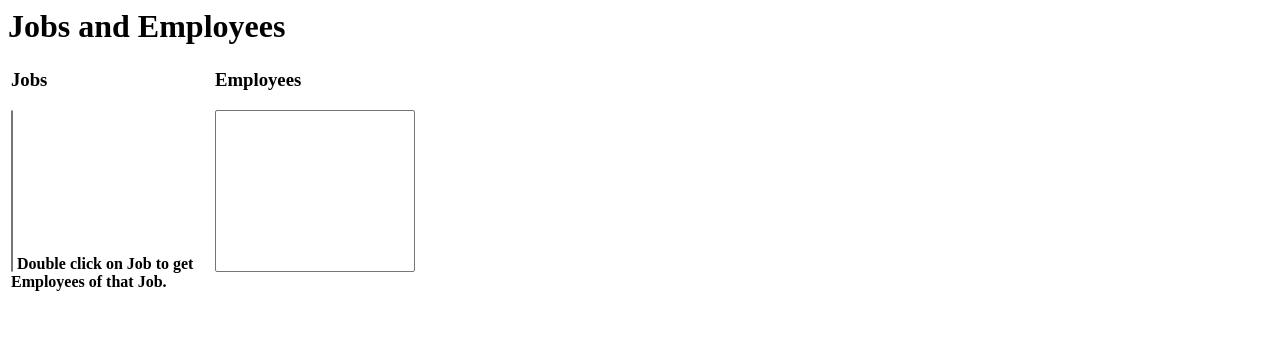
Repository: rejatavi/IntialCommit
Page: Web/WebContent/Jquery/jobs.html
The author's editor kept a copy of each file at every save. The page is drawn from the files as they stood at one save, then again after the next save.
The browser window is 1280 px wide. The pictures show the whole page.

Above is the page before, as saved 2018-05-30 14:32:38.

### Web/WebContent/Jquery/jobs.html
<html>
<body>
	<h1>Jobs and Employees</h1>
	<table>
		<tr>
			<td valign="top" width="200px">
				<h3>Jobs</h3> <select id="jobs" size="10"
				ondblclick="getEmployees()"></select>
			<b>Double click on Job to get Employees of that Job.</b>
			</td>
			<td valign="top" width="200px">
				<h3>Employees</h3> <select id="employees" size="10"
				style="width: 200px"></select>
			</td>
		</tr>
	</table>
</body>
<head>
<title>Jobs and Employees</title>
<script src="jquery-3.3.1.min.js"></script>
<script>
	// this is done when page is loaded  (document ready)
	$(function() {
		$.getJSON("jobs.jsp", {}, displayJobs);
	});
	function displayJobs(data) {
		$.each(data, function(index, job) {
			// add items to List box
			$("#jobs")
					.append(
							"<option value='" + job.id + "'>" + job.title
									+ "</option>");
		});
	}
	function getEmployees() {
		$("#employees").contents().remove(); // clear options
		$.getJSON("employees.jsp",
				  {jobid : $("#jobs").val()},
				  displayEmployees);
	}
	function displayEmployees(data) {
		$.each(data, function(index, fullname) {
			// add items to List box
			$("#employees").append("<option>" + fullname + "</option>");
		} // end of function
		); // each
	}
</script>
</head>
</html>

Loaded but not shown: Web/WebContent/Jquery/jquery-3.3.1.min.js (library)

After the next save:
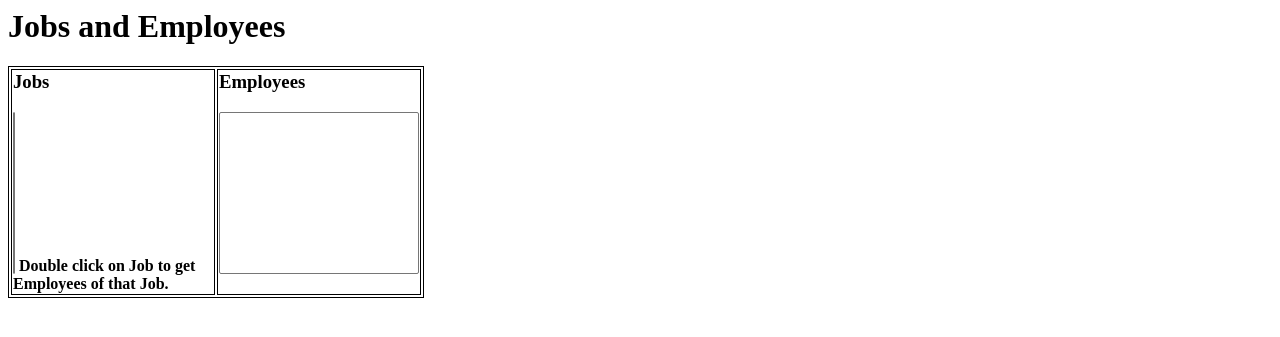
Saved 30 s later.
--- a/Web/WebContent/Jquery/jobs.html
+++ b/Web/WebContent/Jquery/jobs.html
@@ -16,6 +16,14 @@
 	</table>
 </body>
 <head>
+<style>
+
+table,th,td{
+
+border: 1px solid black;
+
+}
+</style>
 <title>Jobs and Employees</title>
 <script src="jquery-3.3.1.min.js"></script>
 <script>

After the 3 saves that followed:
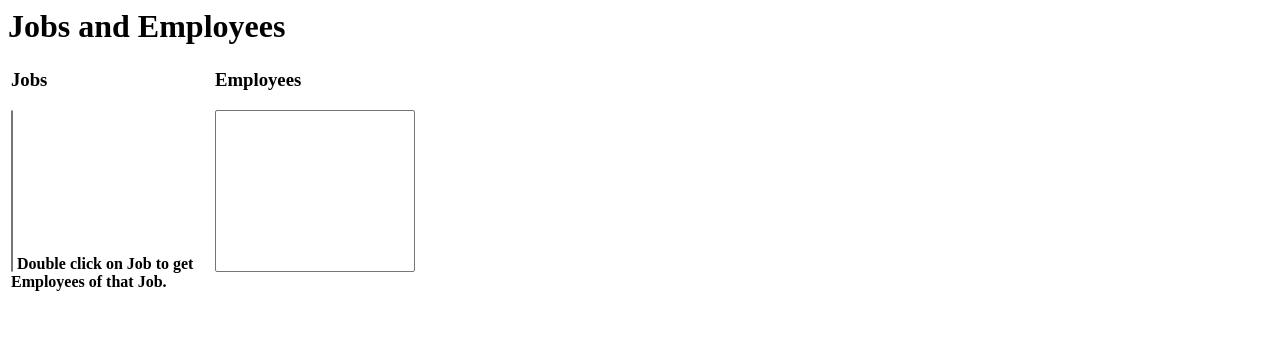
The 3 saves are shown as one change because 2 left the picture as it was.
The last was saved 49 s later.
--- a/Web/WebContent/Jquery/jobs.html
+++ b/Web/WebContent/Jquery/jobs.html
@@ -16,14 +16,6 @@
 	</table>
 </body>
 <head>
-<style>
-
-table,th,td{
-
-border: 1px solid black;
-
-}
-</style>
 <title>Jobs and Employees</title>
 <script src="jquery-3.3.1.min.js"></script>
 <script>
